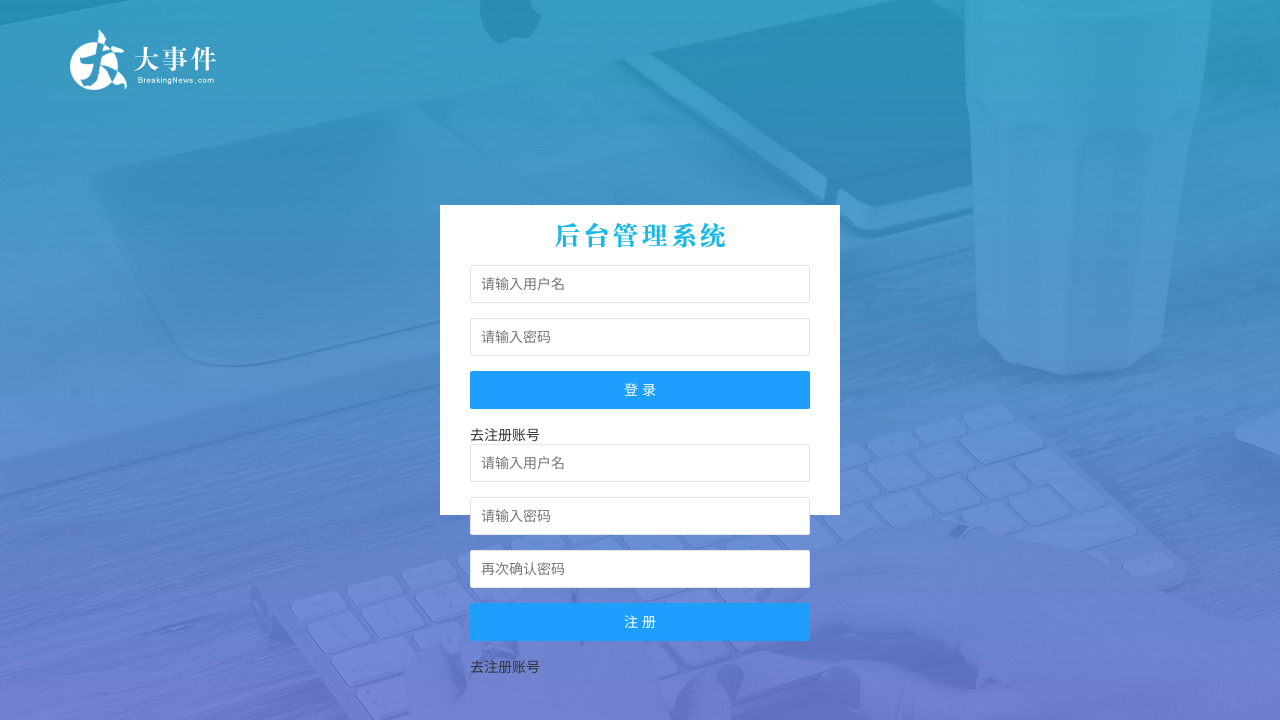
Repository: xxsleep/-
Page: home/login.html
An editor plug-in stored every save of this project. The page is shown before and after a run of saves, followed by the edit.
The browser window is 1280 px wide. The pictures show the whole page.

Above is the page before, as saved 2020-11-24 09:00:54.

### home/login.html
<!DOCTYPE html>
<html lang="en">

<head>
    <meta charset="UTF-8">
    <meta name="viewport" content="width=device-width, initial-scale=1.0">
    <title>75期-大事件后台登录页面</title>
    <link rel="stylesheet" href="/assets/lib/layui/css/layui.css">
    <link rel="stylesheet" href="/assets/css/login.css">
</head>

<body>

    <div class="head layui-main">
        <img src="../assets/images/logo.png" alt="">
    </div>
    <div class="loginbox">
        <div class="title">
        </div>
        <form class="layui-form" action="">
            <div class="layui-form-item">
                <input type="text" name="title" required lay-verify="required" placeholder="请输入用户名" autocomplete="off"
                    class="layui-input">
            </div>
            <div class="layui-form-item">
                <input type="text" name="title" required lay-verify="required" placeholder="请输入密码" autocomplete="off"
                    class="layui-input">
            </div>
            <div class="layui-form-item ">
                <button class="layui-btn layui-btn-fluid layui-btn-normal" lay-submit lay-filter="formDemo">登 录</button>
            </div>
            <a href="javascript:">去注册账号</a>
        </form>
        <form class="layui-form" action="">
            <div class="layui-form-item">
                <input type="text" name="title" required lay-verify="required" placeholder="请输入用户名" autocomplete="off"
                    class="layui-input">
            </div>
            <div class="layui-form-item">
                <input type="text" name="title" required lay-verify="required" placeholder="请输入密码" autocomplete="off"
                    class="layui-input">
            </div>
            <div class="layui-form-item">
                <input type="text" name="title" required lay-verify="required" placeholder="再次确认密码" autocomplete="off"
                    class="layui-input">
            </div>
            <div class="layui-form-item ">
                <button class="layui-btn layui-btn-fluid layui-btn-normal" lay-submit lay-filter="formDemo">注 册</button>
            </div>
            <a href="javascript:">去注册账号</a>
        </form>
    </div>
</body>

</html>

### assets/css/login.css
html, body {
  width: 100%;
  height: 100%;
  background: url(../images/login_bg.jpg) no-repeat center center/cover;
  overflow: hidden;
}

.head {
  margin-top: 30px;
}

.container {
  position: relative;
}

.loginbox {
  width: 400px;
  height: 310px;
  position: absolute;
  top: 50%;
  left: 50%;
  transform: translate(-50%, -50%);
  background-color: #fff;
}

.loginbox .title {
  height: 60px;
  line-height: 60px;
  background: url(/assets/images/login_title.png) no-repeat center;
}

.layui-form {
  padding: 0 30px;
}

Loaded but not shown: assets/lib/layui/css/layui.css (library)

After the next 2 saves:
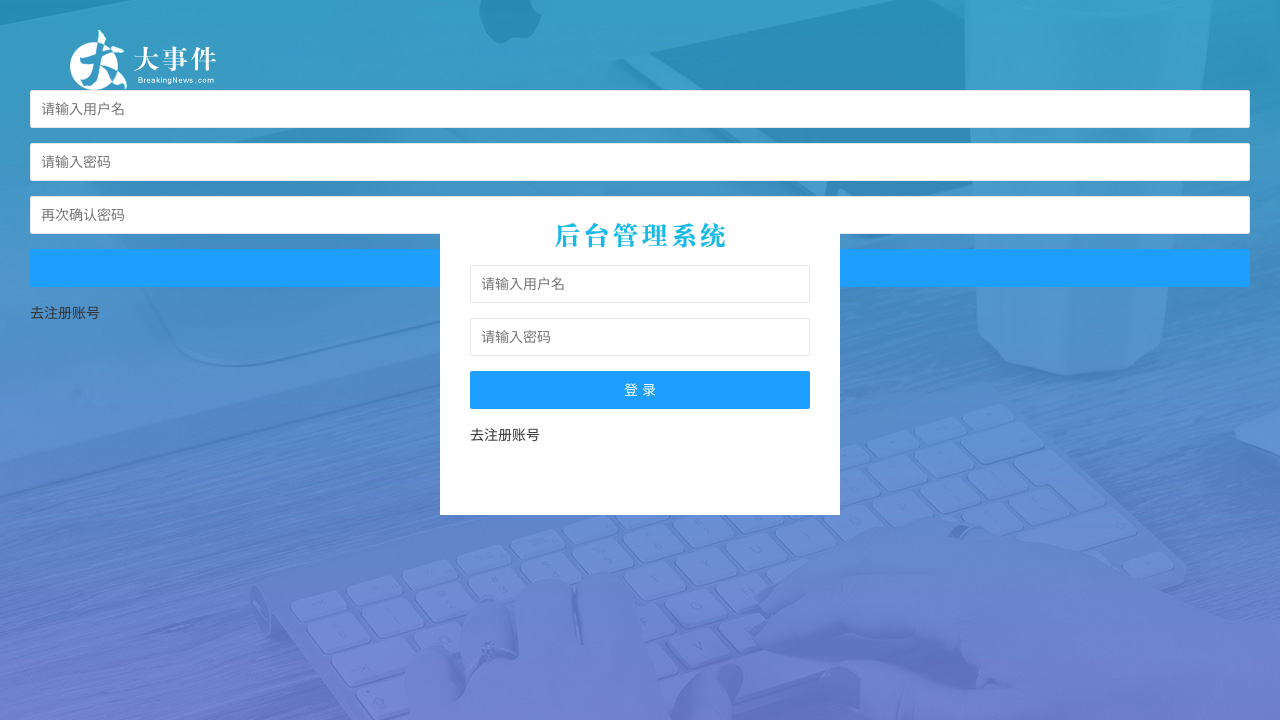
The 2 saves are shown as one change because they came seconds apart.
The last was saved 91 s later.
--- a/home/login.html
+++ b/home/login.html
@@ -31,6 +31,8 @@
             </div>
             <a href="javascript:">去注册账号</a>
         </form>
+    </div>
+    <div class="rgsbox">
         <form class="layui-form" action="">
             <div class="layui-form-item">
                 <input type="text" name="title" required lay-verify="required" placeholder="请输入用户名" autocomplete="off"

After the 2 saves that followed:
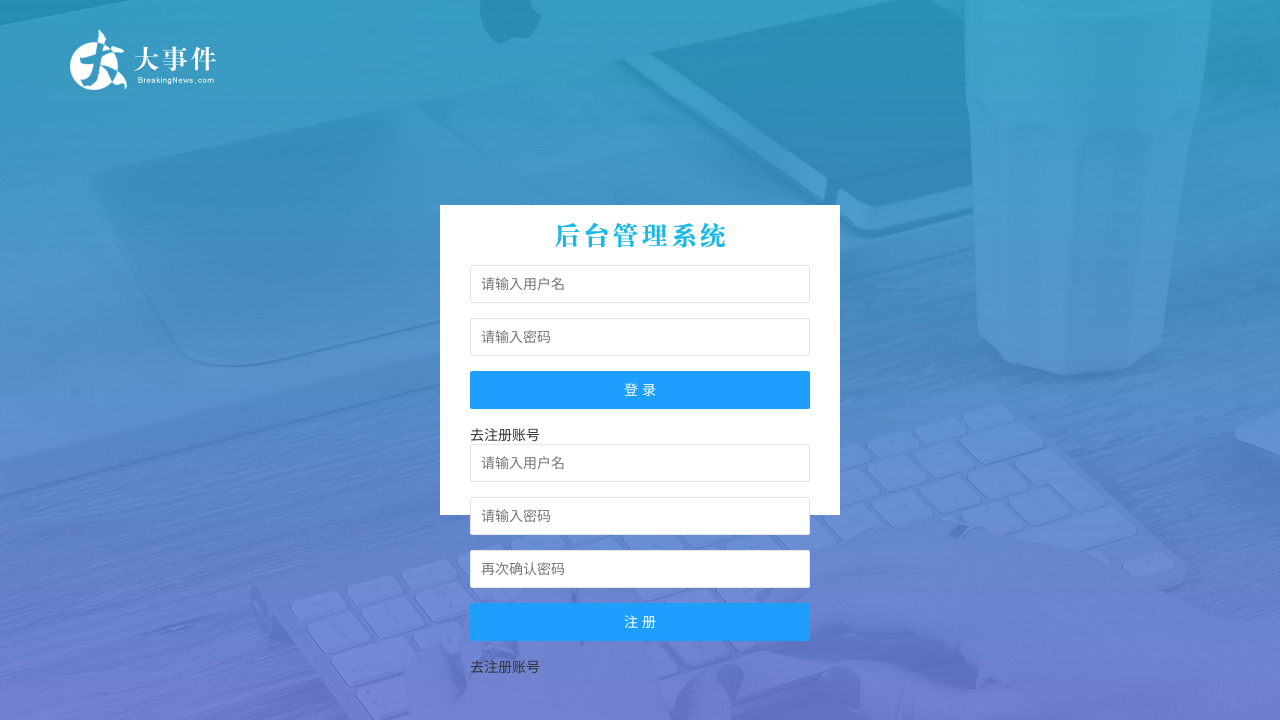
The 2 saves are shown as one change because 1 left the picture as it was.
The last was saved 2 min 23 s later.
--- a/home/login.html
+++ b/home/login.html
@@ -17,40 +17,44 @@
     <div class="loginbox">
         <div class="title">
         </div>
-        <form class="layui-form" action="">
-            <div class="layui-form-item">
-                <input type="text" name="title" required lay-verify="required" placeholder="请输入用户名" autocomplete="off"
-                    class="layui-input">
-            </div>
-            <div class="layui-form-item">
-                <input type="text" name="title" required lay-verify="required" placeholder="请输入密码" autocomplete="off"
-                    class="layui-input">
-            </div>
-            <div class="layui-form-item ">
-                <button class="layui-btn layui-btn-fluid layui-btn-normal" lay-submit lay-filter="formDemo">登 录</button>
-            </div>
-            <a href="javascript:">去注册账号</a>
-        </form>
-    </div>
-    <div class="rgsbox">
-        <form class="layui-form" action="">
-            <div class="layui-form-item">
-                <input type="text" name="title" required lay-verify="required" placeholder="请输入用户名" autocomplete="off"
-                    class="layui-input">
-            </div>
-            <div class="layui-form-item">
-                <input type="text" name="title" required lay-verify="required" placeholder="请输入密码" autocomplete="off"
-                    class="layui-input">
-            </div>
-            <div class="layui-form-item">
-                <input type="text" name="title" required lay-verify="required" placeholder="再次确认密码" autocomplete="off"
-                    class="layui-input">
-            </div>
-            <div class="layui-form-item ">
-                <button class="layui-btn layui-btn-fluid layui-btn-normal" lay-submit lay-filter="formDemo">注 册</button>
-            </div>
-            <a href="javascript:">去注册账号</a>
-        </form>
+        <div class="lgbox">
+            <form class="layui-form" action="">
+                <div class="layui-form-item">
+                    <input type="text" name="title" required lay-verify="required" placeholder="请输入用户名"
+                        autocomplete="off" class="layui-input">
+                </div>
+                <div class="layui-form-item">
+                    <input type="text" name="title" required lay-verify="required" placeholder="请输入密码"
+                        autocomplete="off" class="layui-input">
+                </div>
+                <div class="layui-form-item ">
+                    <button class="layui-btn layui-btn-fluid layui-btn-normal" lay-submit lay-filter="formDemo">登
+                        录</button>
+                </div>
+                <a href="javascript:">去注册账号</a>
+            </form>
+        </div>
+        <div class="rgbox">
+            <form class="layui-form" action="">
+                <div class="layui-form-item">
+                    <input type="text" name="title" required lay-verify="required" placeholder="请输入用户名"
+                        autocomplete="off" class="layui-input">
+                </div>
+                <div class="layui-form-item">
+                    <input type="text" name="title" required lay-verify="required" placeholder="请输入密码"
+                        autocomplete="off" class="layui-input">
+                </div>
+                <div class="layui-form-item">
+                    <input type="text" name="title" required lay-verify="required" placeholder="再次确认密码"
+                        autocomplete="off" class="layui-input">
+                </div>
+                <div class="layui-form-item ">
+                    <button class="layui-btn layui-btn-fluid layui-btn-normal" lay-submit lay-filter="formDemo">注
+                        册</button>
+                </div>
+                <a href="javascript:">去注册账号</a>
+            </form>
+        </div>
     </div>
 </body>
 
